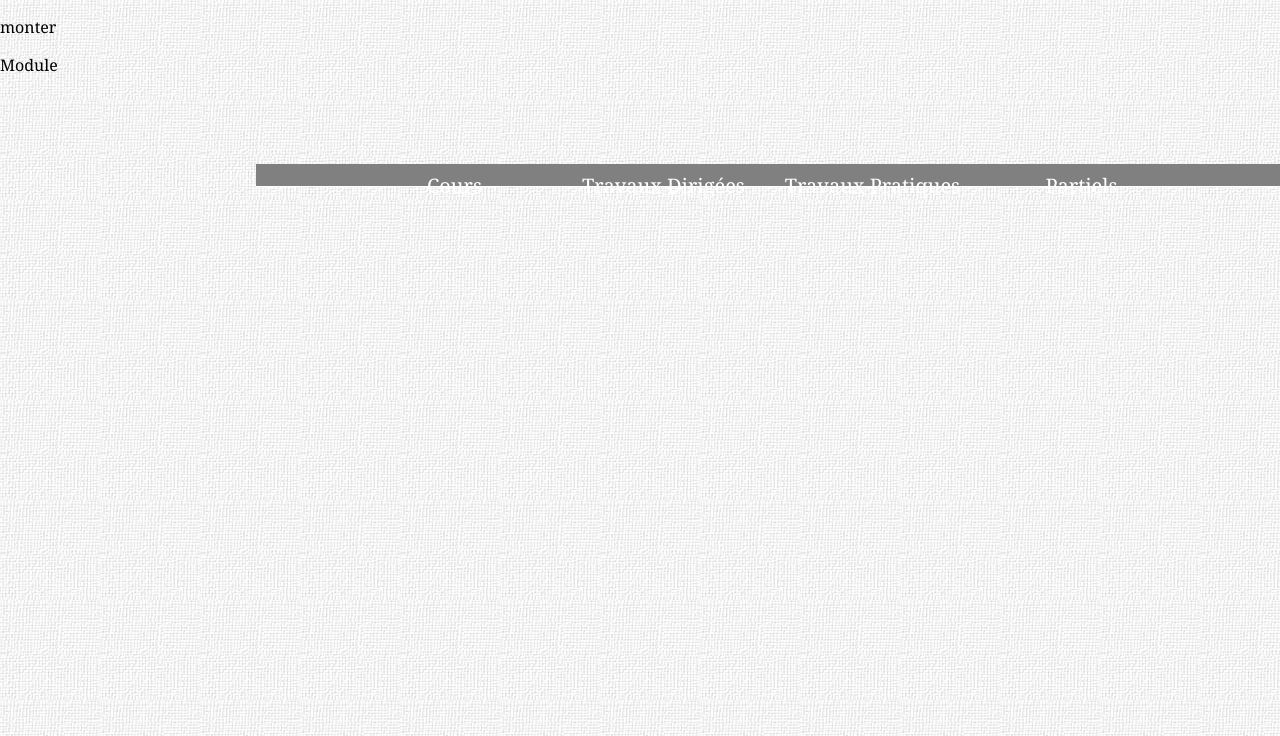
Repository: ValentinArg/PETUT
Page: http://localhost/PETUT/WEB-INF/jsp/eleve/semestre1.jsp
The author's editor kept a copy of each file at every save. The page is drawn from the files as they stood at one save, then again after the next save.
The browser window is 1280 px wide. The pictures show the whole page.
After loading, the first visible `#boutonHautBas` was clicked once.
Some web libraries are served in a nearby version. The page is served by Tomcat 9. Nobody is signed in. The template is opened directly, without the code that normally fills it, so the values that code supplies are empty.

Above is the page before, as saved 2016-10-02 09:35:05.
Console error: TypeError: Cannot read properties of null (reading 'style')

After the next save:
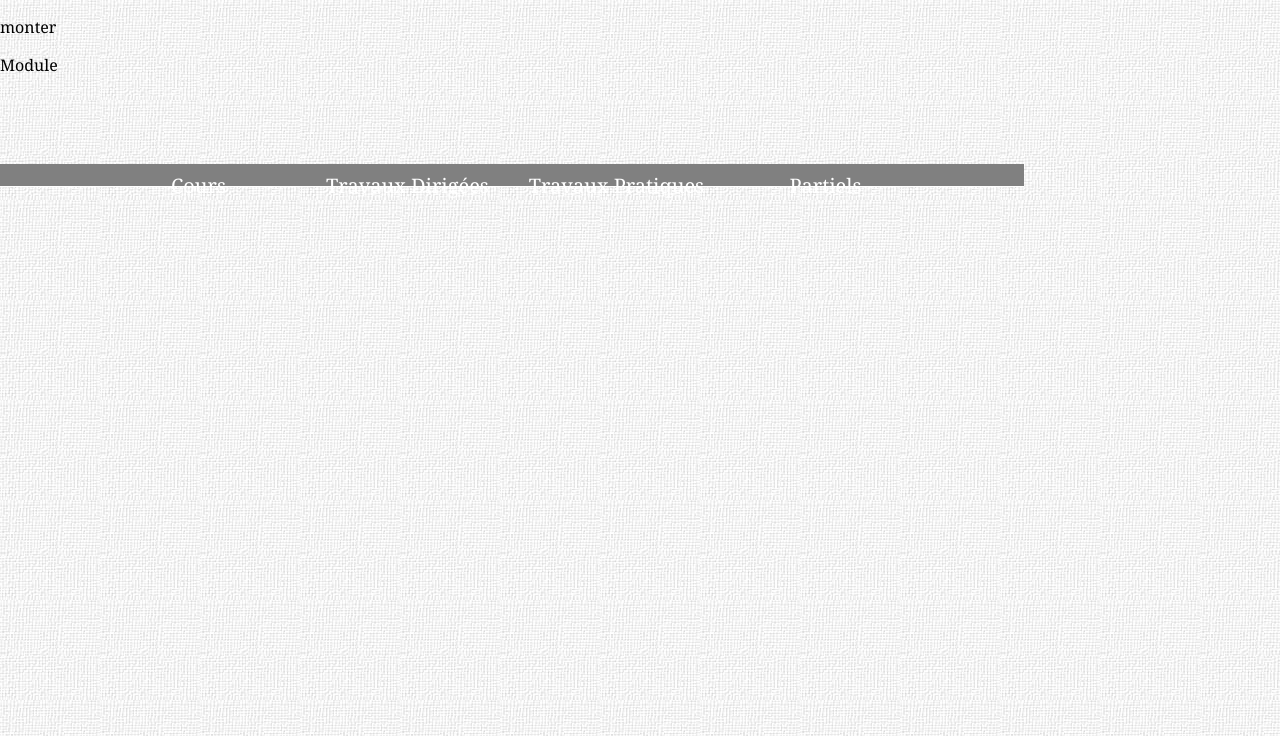
The error is gone.
Saved 8 s later.
--- a/PETUT/WebContent/WEB-INF/jsp/eleve/semestre1.jsp
+++ b/PETUT/WebContent/WEB-INF/jsp/eleve/semestre1.jsp
@@ -51,7 +51,7 @@
 
 		function slideUp(){
 			$('#navigation').slideUp();
-			document.getElementById('#conteneurGeneral').style.marginLeft="0px"
+			document.getElementById('conteneurGeneral').style.marginLeft="0px"
 		}
 		$( '#boutonHautBas' ).click(function(){
 			slideUp()});
